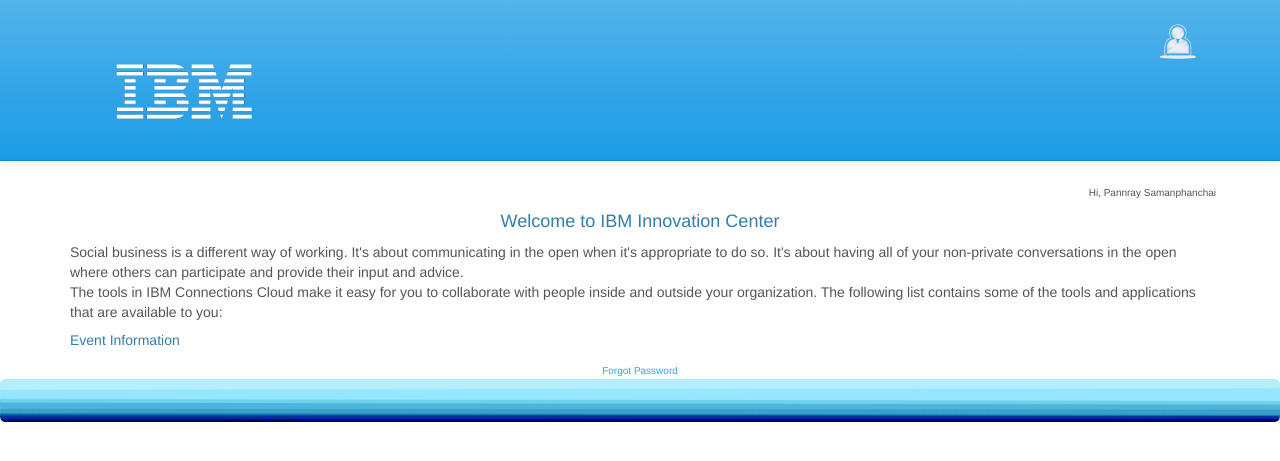
Repository: InnovationCenterOrg/InnovationCustomer
Page: http://localhost/InnovationCustomer/view/test.jsp
An editor plug-in stored every save of this project. The page is shown before and after the next save, followed by the edit.
The browser window is 1280 px wide. The pictures show the whole page.
Some web libraries are served in a nearby version. The page is served by Tomcat 9.

Above is the page before, as saved 2016-03-03 03:29:01.

After the next save:
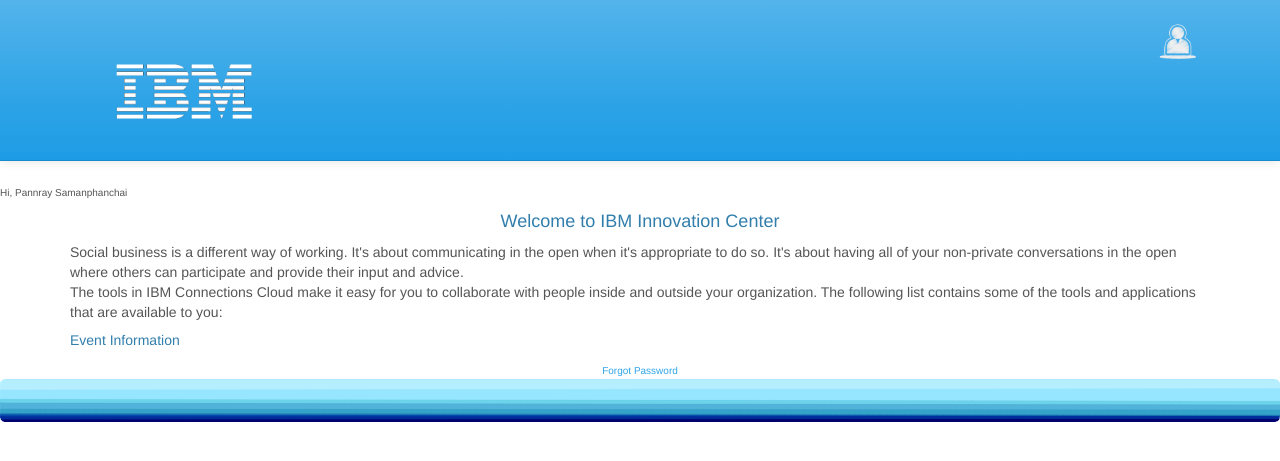
Saved 4 s later.
--- a/InnovationCustomer/WebContent/view/test.jsp
+++ b/InnovationCustomer/WebContent/view/test.jsp
@@ -54,7 +54,7 @@
 							<li><a href="./DashboardMainAction">Dashboard</a></li>
 							<li><a href="./ReportMainAction">Report</a></li>
 					</ul></li></ul> -->
-	<div align="right" style="padding-right: 5%;">
+	<div align="left" style="padding-right: 5%;">
 		<font style="font-size: x-small;">Hi, Pannray Samanphanchai</font>
 	</div>
 	<div class="container">
